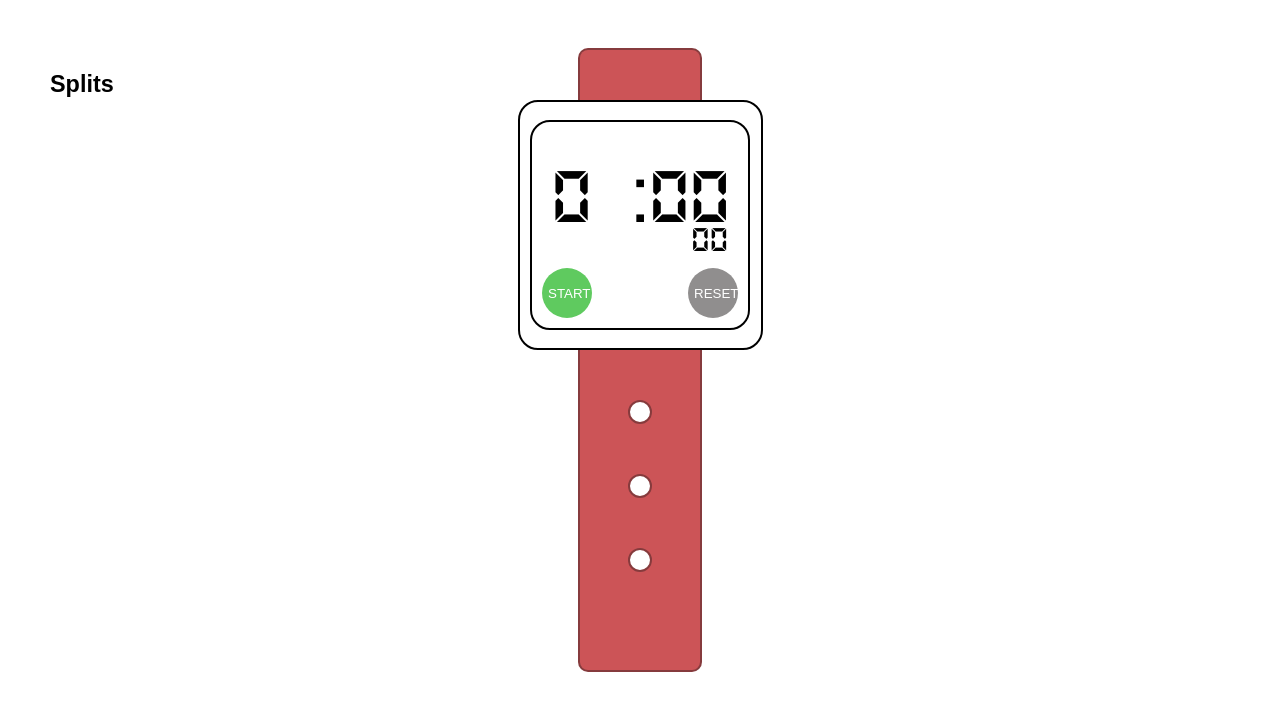
Repository: konstantin0s/lab-chronometer
Page: index.html
These files come from the project's save history. The page is drawn as it stood at one moment and after the next save; the edit follows.
The browser window is 1280 px wide. The pictures show the whole page.
After loading, the first visible `#btnRight` was clicked once.

Above is the page before, as saved 2019-02-05 12:49:08.

### index.html
<!DOCTYPE html>
<html lang="en">
<head>
  <meta charset="UTF-8">
  <meta name="viewport" content="width=device-width, initial-scale=1.0">
  <meta http-equiv="X-UA-Compatible" content="ie=edge">
  <title>Chronometer</title>
  <link rel="stylesheet" href="stylesheets/styles.css">
</head>
<body>

  <section id="splits-container">
    <h3>Splits</h3>
    <ol id="splits">
    </ol>
  </section>

  <div class="leash leash-top"></div>

  <section id="clock">
    <div id="sphere">
      <span id="minDec" class="number">0</span><span id="minUni" class="number"></span><span>:</span><span id="secDec" class="number"></span><span id="secUni" class="number"></span>

      <div id="milliseconds">
        <span id="milDec">0</span><span id="milUni">0</span>
      </div>

      <button id="btnLeft" class="btn start">START</button> <button id="btnRight" class="btn reset">RESET</button>
    </div>
  </section>

  <div class="leash leash-bottom">
    <div class="hole"></div>
    <div class="hole"></div>
    <div class="hole"></div>
  </div>


  <!-- <script src="javascripts/utils.js"></script>
  <script src="javascripts/chronometer.js"></script>
  <script src="javascripts/main.js"></script> -->
  <script src="javascript/chronometer.js"></script>
  <script src="javascript/main.js"></script>
</body>
</html>

### stylesheets/styles.css
@font-face {
  font-family: "Digi";
  src: url("fonts/ds-digib.ttf");
}

body {
  font-family: Arial;
  font-size: 80px;
  font-weight: bold;
  padding: 40px 0;
}

#clock {
  border: 2px solid #000;
  border-radius: 20px;
  box-sizing: border-box;
  height: 250px;
  margin: 0 auto;
  padding: 18px 0;
  width: 245px;
}

#sphere {
  border: 2px solid #000;
  border-radius: 20px;
  box-sizing: border-box;
  font-family: "Digi";
  font-size: 80px;
  height: 210px;
  margin: 0 auto;
  padding: 35px 0;
  position: relative;
  text-align: center;
  width: 220px;
}

#splits-container {
  font-size: 20px;
  font-weight: 100;
  position: absolute;
  left: 50px;
}

#splits-container li {
  padding-bottom: 5px;
  text-align: right;
}

#milliseconds {
  font-size: 36px;
  margin-top: -15px;
  position: absolute;
  right: 20px;
}

.leash {
  background: rgb(204, 84, 87);
  border: 2px solid rgb(134, 59, 61);
  height: 50px;
  margin: 0 auto;
  width: 120px;
}

.leash-top {
  border-bottom: 0;
  border-top-left-radius: 10px;
  border-top-right-radius: 10px;
}

.leash-bottom {
  border-bottom-left-radius: 10px;
  border-bottom-right-radius: 10px;
  border-top: 0;
  height: 270px;
  padding-top: 50px;
}

.hole {
  background: #fff;
  border: 2px solid rgb(134, 59, 61);
  border-radius: 100%;
  height: 20px;
  margin: 0 auto 50px;
  width: 20px;
}

.number {
  display: inline-block;
  width: 40px;
}

.btn {
  border: 0;
  border-radius: 100%;
  bottom: 10px;
  color: #fff;
  cursor: pointer;
  height: 50px;
  outline: 0;
  position: absolute;
  width: 50px;
}

.btn.start,
.btn.stop {
  left: 10px;
}

.btn.reset,
.btn.split {
  right: 10px;
}

.btn.start { background: #5fca5f; }
.btn.stop  { background: #f14949; }
.btn.reset { background: #908e8e; }
.btn.split { background: #0851ab; }

### javascript/chronometer.js

// var time = 0;
// var running = 0;

// function startPause() {
//   if (running == 0) {
//     running = 1;
//     increment();
//     document.getElementById("startPause").innerHTML = "Pause";
//   } else {
//     running = 0;
//     document.getElementById("startPause").innerHTML = "Resume";
//   }
// }

// function reset() {
//   running = 0;
//   time = 0;
//   document.getElementById("startPause").innerHTML = "Start";
// }

// function increment() {
//   if (running == 1) {
//    setTimeout(function() {
//     time++;
//     var seconds = Math.floor(time/10/60);
//     var minutes = Math.floor(time/10/60);
//      var tenth = time % 10;
//      if (minutes < 10); {
//        minutes = "0" + minutes;
//      }  if (seconds < 10);
//     seconds = "0" + seconds;
//     increment();
//   document.getElementById("output").innerHTML = minutes + ":" + seconds + ":" + "0" + tenth;

//    }, 100);
//   }
//   }

// function startPause() {
//   if (running == 0) {
//     running = 1;
//     increment();
//     document.getElementById("startPause").innerHTML = "Pause";
//   } else {
//     running = 0;
//     document.getElementById("startPause").innerHTML = "Resume";
//   }
// }


// function timer() {
//   currentTime = setTimeout(start, 1000);
// }
// timer();

// function start() {
//   seconds++;
//   if (seconds >= 60) {
//     seconds = 0;
//     minutes++;
//     if (minutes >= 20) {
//         minutes = 0;
//     }
//   }
// }


// // Constructor
// function Chronometer() {

// this.currentTime = 0;
// this.intervalId = 0;

// }

// // The setInterval will be assigned to our intervalId property,
// //  this way we will be able to clear it later on.

// Chronometer.prototype.startClick = function () {
//     this.startClick = function() {
//     // var seconds = 0;
//     intervalId = setInterval(function(){
//     currentTime++; }, 1000);

//      }

    //  var myChronometer = {
    //    seconds: 0,
    //    minuts: 0,
    //    intervalId: 0,
    //    startClick: function() {
    //          this.intervalId = setInterval(function() {
    //            this.seconds++;
    //          }.bind(this),1000);
    //    },
    //    setMinutes: function() {
    //      this.seconds++
    //    },

    //  }

    // console.log(seconds);
// };

// Chronometer.prototype.setMinutes = function () {

// };

// Chronometer.prototype.setSeconds = function () {

// };

// Chronometer.prototype.twoDigitsNumber = function () {

// };

// Chronometer.prototype.setTime = function () {

// };

// Chronometer.prototype.setMilliseconds = function () {

// };

// Chronometer.prototype.stopClick = function () {

// };

// Chronometer.prototype.resetClick = function () {

// };

// Chronometer.prototype.splitClick = function () {

// };

### javascript/main.js
// var chronometer = new Chronometer();
var btnLeft     = document.getElementById('btnLeft');
var btnRight    = document.getElementById('btnRight');
var minDec      = document.getElementById('minDec');
var minUni      = document.getElementById('minUni');
var secDec      = document.getElementById('secDec');
var secUni      = document.getElementById('secUni');
var milDec      = document.getElementById('milDec');
var milUni      = document.getElementById('milUni');

var secUnit     = document.getElementById('secUni').innerHTML;

console.log(secUnit);

// if (secUnit == 0) {
//   secUnit.innerHTML =
// }

var currentTime = 0;
var intervalId = 0;  //0stop; 1 running.
var seconds= 0;
var minutes = 0;
// var minutes = Math.floor((minutes % (1000 * 60 * 60)) / (1000 * 60));
// var seconds = Math.floor((seconds % (1000 * 60)) / 1000);

// function start() {
//   status = 1;
//   timer();
// }

// function stop() {
//   currentTime++

//   if (currentTime / 60 == 1) {
//     // setInterval(function() {

//     // })
//      currentTime = 0;
//      milUni.innerHTML = currentTime++;
//      if (milDec / 60 == 1) {
//       currentTime = 0;
//       milDec.innerHTML = currentTime++;
//      }
//      if (secUni / 60 == 1) {
//       currentTime = 0;
//       secUni.innerHTML = currentTime++;
//      } if (secDec / 60 == 1) {
//       currentTime = 0;
//       secDec.innerHTML = currentTime++;
//      } if (minUni / 60 == 1) {
//       currentTime = 0;
//       minUni.innerHTML = currentTime++;
//      } if (minDec / 60 == 1) {
//       currentTime = 0;
//       minDec.innerHTML = currentTime++;
//      }
//   }
//   //
// }

// window.setInterval(stop, 1000);

// function reset() {
// status = 0;
// intervalId = 0;
// }

// function timer() {
//   if (status == 1) {
//     var intervalId = setInterval(function() {
//       currentTime++;
//       minDec =  Math.floor(intervalId/100/60);
//       secDec =  Math.floor(intervalId/100);
//       milDec = intervalId % 100;

//        if (minDec < 10) {
//         minDec = "0" + minDec;
//        }
//        if (secDec >= 60) {
//         secDec = secDec % 60;
//        }
//        if(secDec < 10) {
//         secDec = "0" + secDec;
//        }

//        minDec.innerHTML = minDec;
//        secDec.innerHTML = secDec;
//        milDec.innerHTML = milDec;

//     }, 10)
//   }
// }

// function stopwatch() {

// }
// Add event listeners to both buttons
// start.addEventListener("click", function(command) {
//   if (command === "START") {
//     btnLeft.innerHTML = "PAUSE";
//   } else {
//     btnLeft.innerHTML = "START";
//   }
// }



// });

// stop.addEventListener("click", function() {

// });

// var start =  document.getElementById('btnLeft').value;
// console.log(start);

function twoDigits(number) {
  if (number < 10) {
    return "0" + number;
  }
  return number;
}

var intervalRef = null;
secDec.innerHTML = "0" + seconds;
 btnLeft.addEventListener("click", function(event) {
   event.preventDefault();
      if (intervalId == 0) { //start if pause
         intervalRef = setInterval(function() {
         intervalId = 1;
        //  secDec.innerHTML = "00" + seconds;
         seconds++;
        //  if ()
         secDec.innerHTML = twoDigits(seconds);
         btnLeft.innerHTML = "PAUSE";
      if (seconds === 60) {
         seconds = 0;
         minutes++;
         minDec.innerText = twoDigits(minutes);
      console.log("This is: " + intervalRef);

        secDec.innerText = "0" + seconds;

     if (minDec === 60) {
         minutes = 0;
         }
      }

    }, 100);
  }  else { //pause if started
       clearInterval(intervalRef);  //pause chronometer
       btnLeft.innerHTML = "START";
       intervalId = 0; // continue chronometer from it's pause point.
  }
});

btnRight.addEventListener("click", function() {
  reset();
});

function reset() {
    clearInterval(intervalRef);
    intervalId = 0;
    seconds = 0;
    minutes = 0;
    console.log("This is from reset: " + intervalRef);
    btnLeft.innerHTML = "START";
    // secDec.innerText = seconds;
    minDec.innerText = minutes;
    secDec.innerHTML = "0" + seconds;
}





// function printTime() {

// }

// function printMinutes() {

// }

// function printSeconds() {

// }

// function printMilliseconds() {

// }

// function printSplit() {

// }

// function clearSplits() {

// }

// function setStopBtn() {

// }

// function setSplitBtn() {

// }

// function setStartBtn() {

// }

// function setResetBtn() {

// }

// // Start/Stop Button
// btnLeft.addEventListener('click', function () {

// });

// // Reset/Split Button
// btnRight.addEventListener('click', function () {

// });

After the next save:
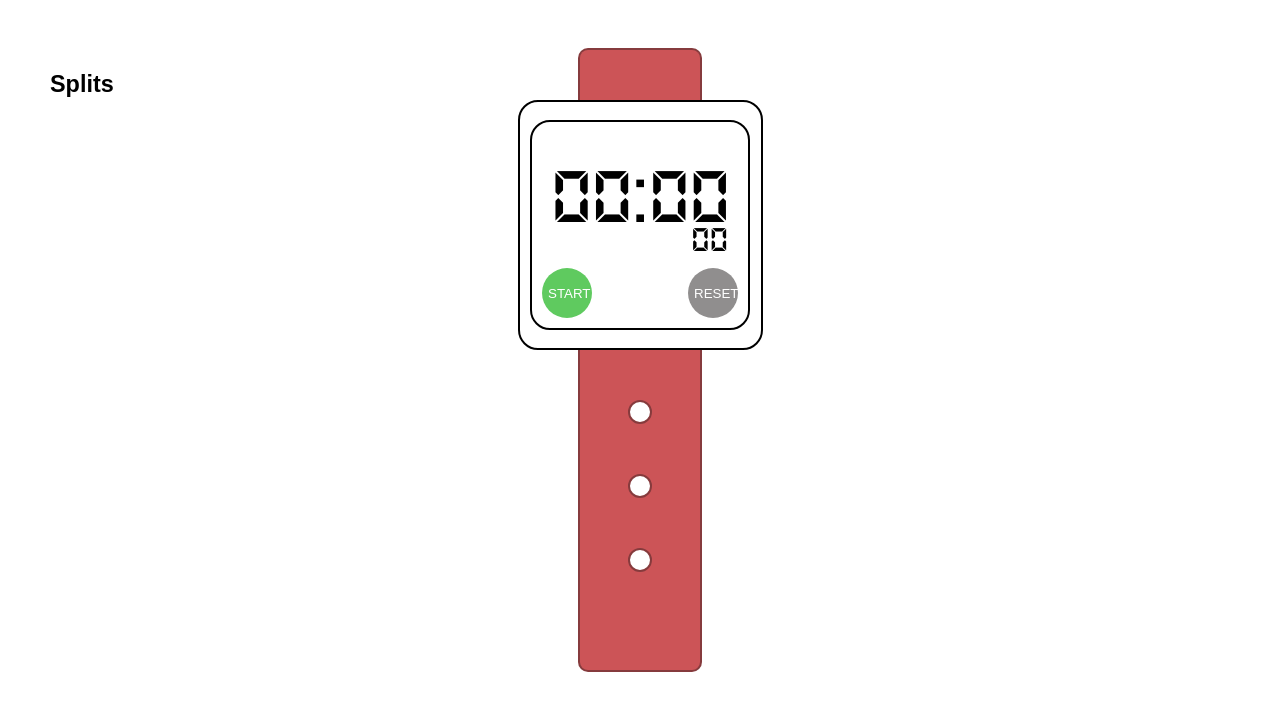
Saved 32 s later.
--- a/javascript/main.js
+++ b/javascript/main.js
@@ -166,7 +166,7 @@ function reset() {
     console.log("This is from reset: " + intervalRef);
     btnLeft.innerHTML = "START";
     // secDec.innerText = seconds;
-    minDec.innerText = minutes;
+    minDec.innerHTML = "0" + minutes;
     secDec.innerHTML = "0" + seconds;
 }
 
